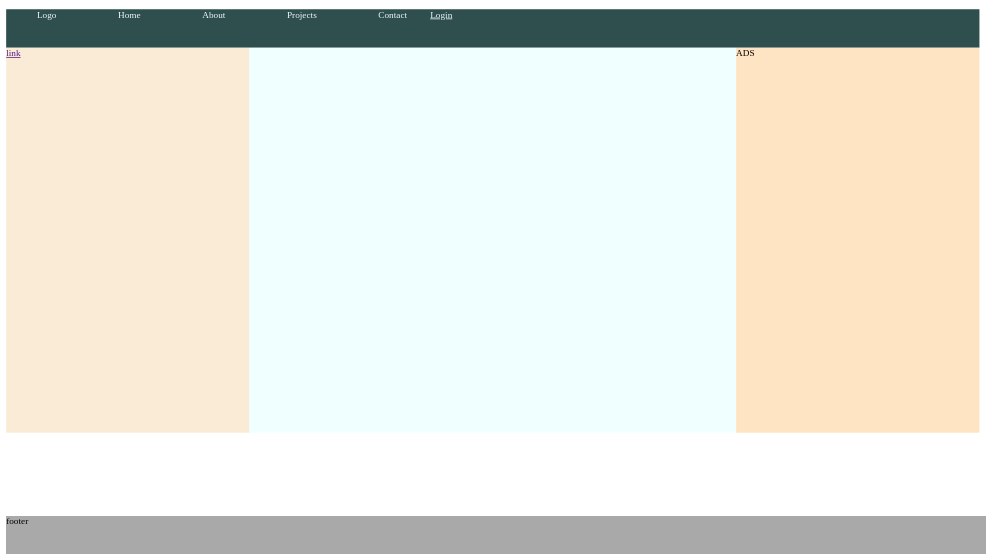
Repository: congle98/CSS_LayoutRWDCoBan
Page: index.html
The author's editor kept a copy of each file at every save. The page is drawn from the files as they stood at one save, then again after a run of saves.
The browser window is 1280 px wide. The pictures show the whole page, at 77% of full size.

Above is the page before, as saved 2021-05-26 16:19:14.

After the next 3 saves:
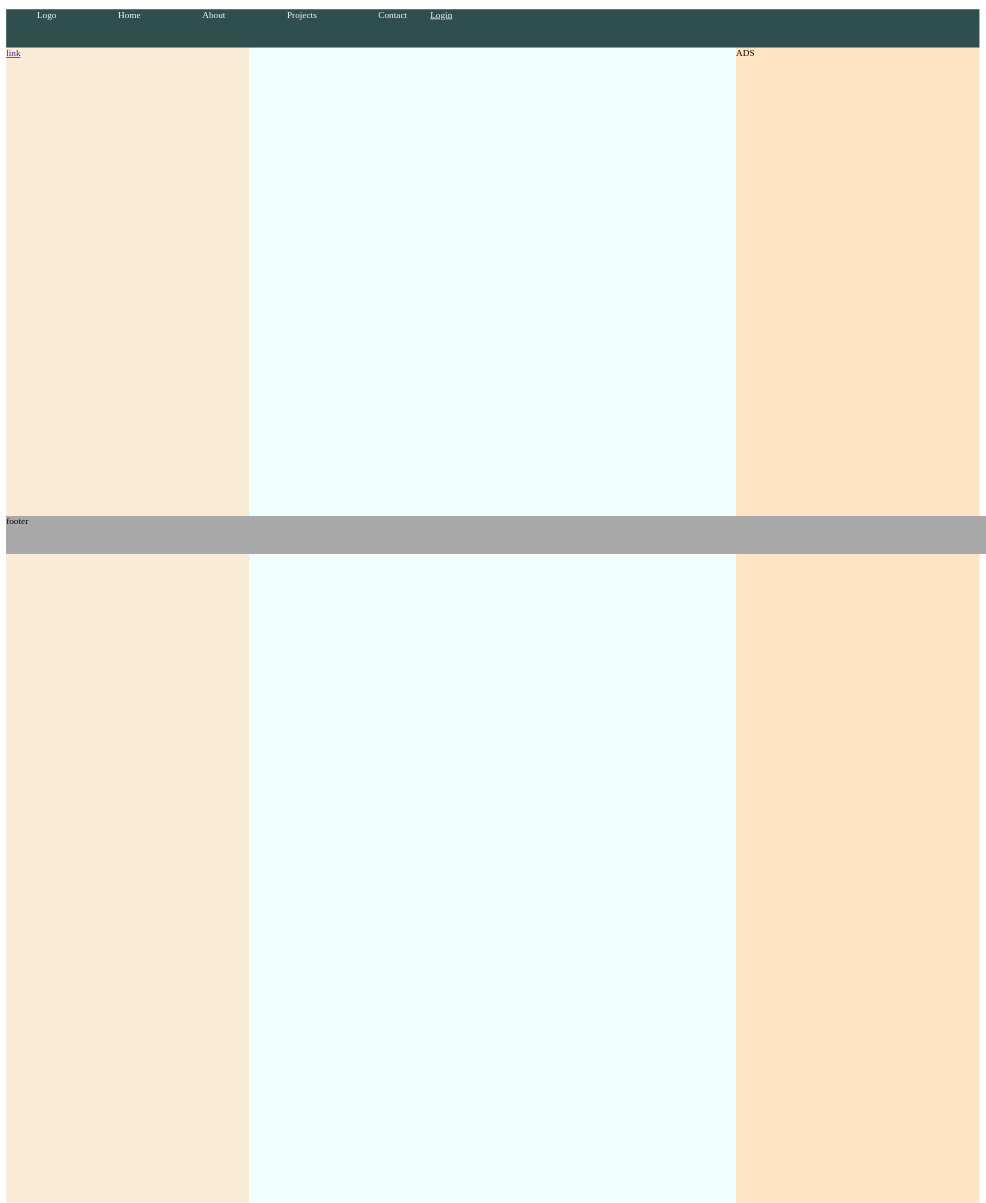
The 3 saves are shown as one change because they came seconds apart.
The last was saved 13 s later.
--- a/index.html
+++ b/index.html
@@ -43,19 +43,19 @@
             right: 50px;
         }
         .left{
-            height: 500px;
+            height: 1500px;
             background-color: antiquewhite;
             position: relative;
             float: left;
         }
         .main{
-            height: 500px;
+            height: 1500px;
             background-color: azure;
             position: relative;
             float: left;
         }
         .right{
-            height: 500px;
+            height: 1500px;
             background-color: bisque;
             position: relative;
             float: left;
